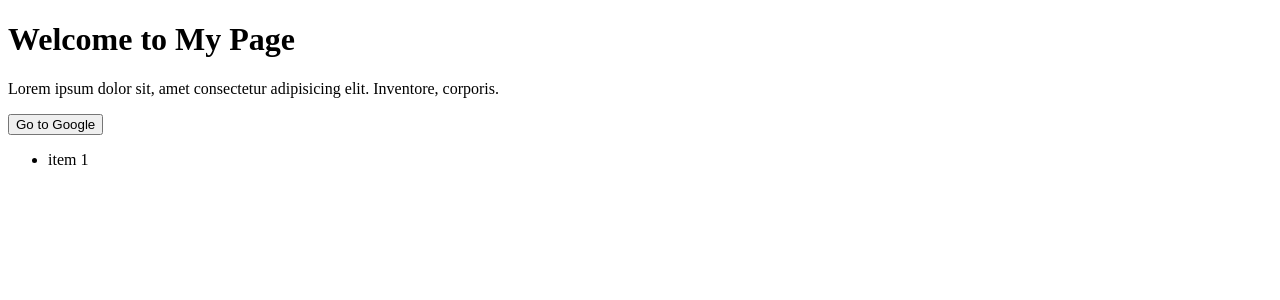
Repository: cs-fullstack-2020-spring/javascript-classes-cw-Awhit-commits
Page: index.html
An editor plug-in stored every save of this project. The page is shown before and after the next save, followed by the edit.
The browser window is 1280 px wide. The pictures show the whole page.

Above is the page before, as saved 2021-01-06 11:53:52.

After the next save:
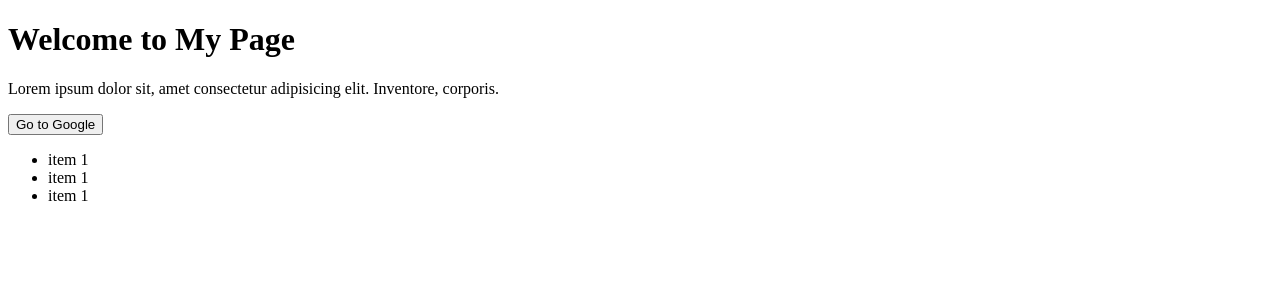
Saved 7 s later.
--- a/index.html
+++ b/index.html
@@ -12,6 +12,8 @@
 
     <ul>
         <li>item 1 </li>
+        <li>item 1 </li>
+        <li>item 1 </li>
     </ul>
 </body>
 </html>
